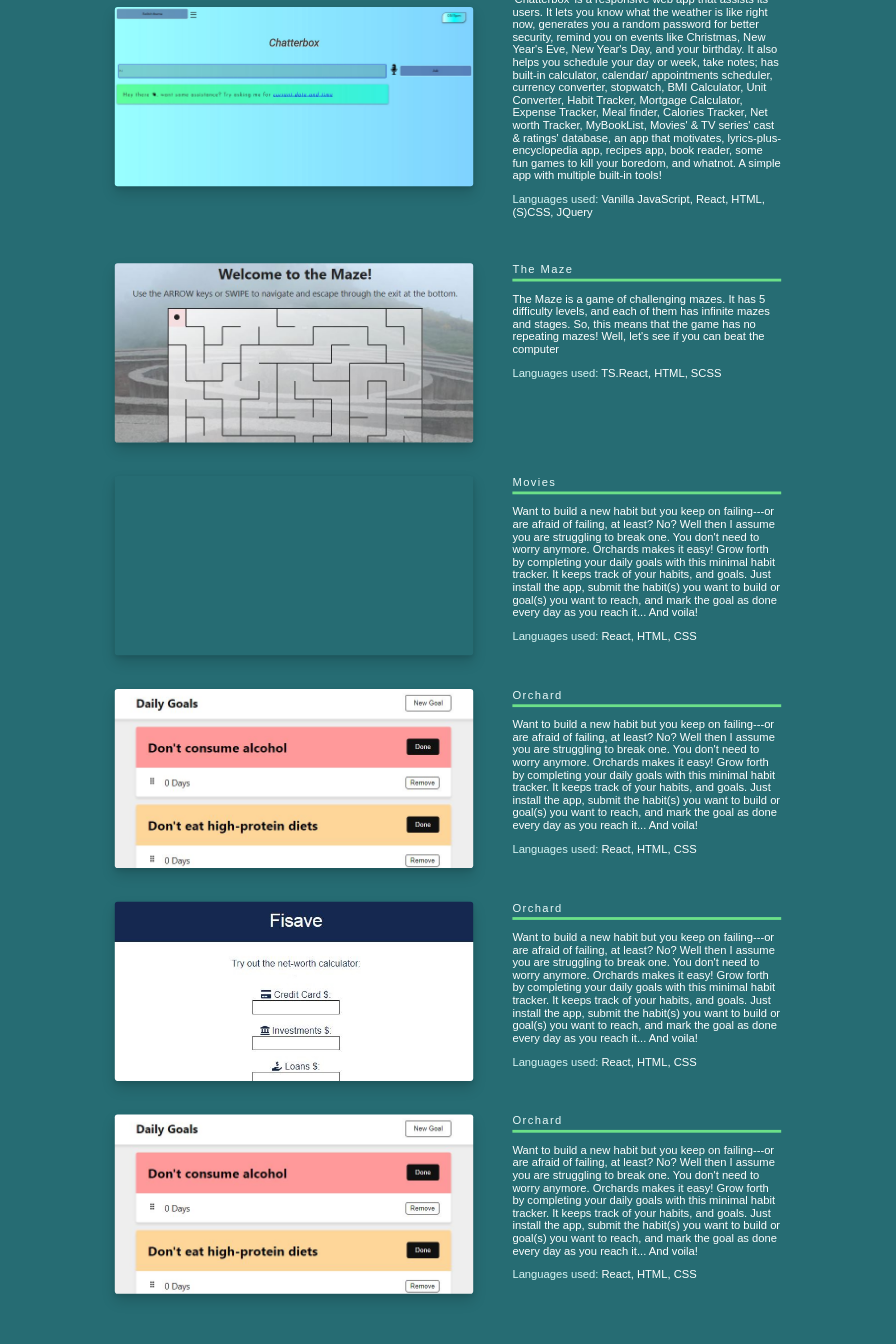
Repository: Abbaskhurram255/port
Page: /
An editor plug-in stored every save of this project. The page is shown before and after the next save, followed by the edit.
The browser window is 1280 px wide. The pictures show the part of the page from y = 1023 to 2943 px (the page is 3998 px tall), at 70% of full size.
The page's requests for data from a server got no answer. Some web fonts or font styles are not loaded; a fallback is used. Some web libraries are served in a nearby version. The project was rebuilt for these pictures with package versions that can differ from the ones it lists, and the page was loaded fresh each time. No one was signed in, and anything a server would have sent is missing.

Above is the page before, as saved 2021-01-11 15:36:22.

### public/index.html
<!DOCTYPE html>
<html lang="en">
  <head>
    <meta charset="utf-8" />
    <meta
      name="viewport"
      content="width=device-width, initial-scale=1, shrink-to-fit=no"
    />
    <meta name="theme-color" content="#000000" />
    <meta property="og:title" content="Alex' Portfolio" />
    <meta
      property="og:description"
      content="A portfolio of web applications by Alex/ Khurram"
    />
    <meta property="og:url" content="https://www.abbaskhurram255.github.io/" />
    <meta property="og:image" content="/images/portfolio-home.jpg" />
    <title>Alex' Portfolio</title>
    <link
      href="https://fonts.googleapis.com/css?family=Muli:300,400,600,700"
      rel="stylesheet"
    />
    <link
      rel="stylesheet"
      href="https://use.fontawesome.com/releases/v5.4.2/css/all.css"
      integrity="sha384-/rXc/GQVaYpyDdyxK+ecHPVYJSN9bmVFBvjA/9eOB+pb3F2w2N6fc5qB9Ew5yIns"
      crossorigin="anonymous"
    />
  </head>

  <body>
    <noscript>You need to enable JavaScript to run this app.</noscript>
    <div id="root"></div>
  </body>
</html>

### src/index.tsx
import React from "react";
import ReactDOM from "react-dom";
import App from "./App";
import * as serviceWorker from "./serviceWorker";
import "./styles/styles.scss";

ReactDOM.render(<App />, document.getElementById("root"));

// If you want your app to work offline and load faster, you can change
// unregister() to register() below. Note this comes with some pitfalls.
// Learn more about service workers: http://bit.ly/CRA-PWA
serviceWorker.unregister();

### src/App.tsx
import * as React from "react";
import Contact from "./components/Contact";
import Home from "./components/Home";
import Navbar from "./components/Navbar";
import RecentWork from "./components/RecentWork";
import Skills from "./components/Skills";

class App extends React.Component {
  public render() {
    return (
      <div>
        <Navbar />
        <Home />
        <RecentWork />
        <Skills />
        <Contact />
      </div>
    );
  }
}

export default App;

### src/styles/styles.scss
@import "./base/settings";
@import "./base/base";
@import "./components/navbar";
@import "./components/home";
@import "./components/images";
@import "./components/recent-works";
@import "./components/projects";
@import "./components/project";
@import "./components/skills";
@import "./components/skill";
@import "./components/contact";
@import "./components/social";
@import "./components/section-title";

### src/components/Contact.tsx
import * as React from "react";
import utils from "../utils/constants";
import Social from "./Social";
import Title from "./Title";

const { GITHUB_URL, TWITTER_URL } = utils.social;
const { EMAIL } = utils.contact;

const Contact = () => {
  return (
    <div id="contact" className="contact">
      <Title title="Get in Touch" parentComponent="contact" />
      <div className="contact__social-links">
        <p className="contact__brackets">{"{"}</p>
        <Social socialIcon="fab fa-github" socialUrl={GITHUB_URL} />
        <Social socialIcon="fab fa-twitter" socialUrl={TWITTER_URL} />
        <Social socialIcon="fas fa-envelope" socialUrl={`mailto:${EMAIL}`} />
        <p className="contact__brackets">{"}"}</p>
      </div>
    </div>
  );
};

export default Contact;

### src/components/Home.tsx
import * as React from "react";
import Image from "./Image";
import Text from "./Text";
import Title from "./Title";

const Home = () => {
  return (
    <div className="home">
      <div className="home__text-container">
        <Title
          title="<Alex Puth (aka Khurram) />"
          parentComponent="home"
          subTitle="Front-End Developer"
        />
        <Text parentComponent="home" mobile="" />
      </div>
      <Image
        src="/images/headshot.jpg"
        alt="Headshot of Alex Puth"
        parentComponent="home"
      />
      <Text parentComponent="home" mobile="--mobile" />
    </div>
  );
};

export default Home;

### src/components/Navbar.tsx
import * as React from "react";

interface INavbarState {
  linkClass: string;
  isToggled: boolean;
}

class Navbar extends React.Component {
  public state = {
    isToggled: true,
    linkClass: "navbar__link"
  };

  public toggleNav = () => {
    const { isToggled } = this.state;
    this.setState({ isToggled: !isToggled });
    isToggled
      ? this.setState({ linkClass: "navbar__link--show" })
      : this.setState({ linkClass: "navbar__link" });
  };

  public render() {
    return (
      <div className="navbar">
        <a className="navbar__brand" href="#">
          <p className="navbar__brand-text">AP</p>
        </a>
        <i onClick={this.toggleNav} className="fas fa-bars navbar__hamburger" />
        <div className="navbar__link-box">
          <a className={this.state.linkClass} href="#">
            <p className="navbar__link-text">Home</p>
          </a>

          <a className={this.state.linkClass} href="#recent-works">
            <p className="navbar__link-text">Recent Work</p>
          </a>

          <a className={this.state.linkClass} href="#skills">
            <p className="navbar__link-text">Skills</p>
          </a>

          <a className={this.state.linkClass} href="#contact">
            <p className="navbar__link-text">Contact</p>
          </a>
        </div>
      </div>
    );
  }
}
export default Navbar;

### src/components/RecentWork.tsx
import * as React from "react";
import Projects from "./Projects";
import Title from "./Title";

const RecentWork = () => {
  return (
    <div id="recent-works" className="recent-works">
      <Title title="Recent Work" parentComponent="recent-works" />
      <Projects />
    </div>
  );
};

export default RecentWork;

### src/components/Skills.tsx
import * as React from "react";
import Skill from "./Skill";
import Title from "./Title";

const Skills = () => {
  const technicalSkills: string[] = [
    "JavaScript",
    "React",
    "HTML",
    "CSS",
    "SCSS",
    "Git"
  ];

  return (
    <div id="skills" className="skills">
      <Title title={"Skills"} parentComponent="skills" />
      <div className="skills__set-box">
        <Skill title="My skills" skills={technicalSkills} />
      </div>
    </div>
  );
};

export default Skills;

### src/styles/base/_base.scss
html {
  font-size: 62.5%;
  scroll-behavior: smooth;
}

body {
  margin: 0;
  background-color: $white;
}

button {
  cursor: pointer;
}

button:disabled {
  cursor: default;
}

### src/styles/components/images.scss
.home-image-box {
  background: $gradient-1;
  border-radius: $radius-2;
  box-shadow: $shadow-2;
  padding: $size-3;
  @media (min-width: $breakpoint-2) {
    display: block;
    padding: $size-7;
  }
}

.home-image {
  border-radius: $radius-2;
  box-shadow: $shadow-3;
  margin: 0;
  width: 100%;
  @media (min-width: $breakpoint-2) {
    margin-right: -$size-10;
    height: $size-13;
    width: $size-13;
  }
}

### src/styles/components/_recent-works.scss
.recent-works {
  align-items: center;
  background: $primary-7;
  border-top: $size-1 solid $primary-5;
  display: flex;
  flex-direction: column;
  padding-bottom: $size-2;
  @media (min-width: $breakpoint-1) {
    padding-left: 22%;
    padding-right: 22%;
  }
  @media (min-width: $breakpoint-2) {
    padding: 0;
    padding-bottom: $size-8;
  }
}

.recent-works__title-box {
  background: $white;
  border: $size-1 solid $primary-5;
  border-radius: $size-2;
  display: flex;
  flex-direction: column;
  justify-content: center;
  margin-top: -$size-5;
  padding: $size-2;
  @media (min-width: $breakpoint-2) {
    align-self: flex-start;
    margin-left: $size-7;
    margin-top: -$size-6;
    padding: $size-2 $size-6;
  }
}

.recent-works__title {
  color: $primary-7;
  font-family: $header;
  font-size: $size-4;
  font-weight: 400;
  letter-spacing: 0.3rem;
  margin: 0;
  padding: 0;
  @media (min-width: $breakpoint-2) {
    font-size: $size-6;
  }
}

### src/styles/components/_projects.scss
.projects {
  display: flex;
  flex-direction: column;
  justify-content: space-between;
  margin: $size-4 $size-7;
  width: 100%;
  @media (min-width: $breakpoint-2) {
    margin: $size-7;
    width: 100rem;
  }
}

### src/styles/components/_skills.scss
.skills {
  align-items: center;
  border-top: $size-1 solid $primary-5;
  display: flex;
  flex-direction: column;
  padding-bottom: $size-8;
  @media (min-width: $breakpoint-1) {
    padding-left: 20%;
    padding-right: 20%;
  }
  @media (min-width: $breakpoint-2) {
    padding: 0;
    padding-bottom: $size-8;
  }
}

.skills__title-box {
  background: $white;
  border: $size-1 solid $primary-5;
  border-radius: $size-2;
  display: flex;
  flex-direction: column;
  justify-content: center;
  margin-top: -$size-5;
  padding: $size-2;
  @media (min-width: $breakpoint-2) {
    align-self: flex-start;
    margin-left: $size-7;
    margin-top: -$size-6;
    padding: $size-2 $size-6;
  }
}

.skills__title {
  color: $primary-7;
  font-family: $header;
  font-size: $size-4;
  font-weight: 400;
  letter-spacing: 0.3rem;
  margin: 0;
  padding: 0;
  @media (min-width: $breakpoint-2) {
    font-size: $size-6;
  }
}

.skills__set-box {
  display: flex;
  flex-direction: column;
  justify-content: space-around;
  margin: 0;
  width: 100%;
  @media (min-width: $breakpoint-2) {
    flex-direction: row;
    margin: $size-9 $size-7;
    width: 100rem;
  }
}

### src/styles/components/_skill.scss
.skill {
  align-items: center;
  border: 1px solid $gray-3;
  border-radius: $radius-2;
  display: flex;
  flex-direction: column;
  margin: $size-4 auto;
  padding: $size-5;
  width: 80%;
  @media (min-width: $breakpoint-2) {
    margin: $size-4;
    padding: $size-5;
    width: $size-14;
  }
}

.skill__title-box {
  border-bottom: $size-1 solid $secondary-3;
  display: flex;
  justify-content: center;
  padding: 0;
  width: 100%;
  @media (min-width: $breakpoint-2) {
    width: $size-12;
  }
}

.skill__title {
  color: $primary-7;
  font-family: $text;
  font-size: $size-4;
  @media (min-width: $breakpoint-2) {
    font-size: $size-5;
  }
}

.skill__box {
  padding-top: $size-5;
  width: 100%;
}

.skill__name {
  color: $gray-7;
  font-family: $text;
  font-size: $size-4;
  text-align: center;
}

### src/styles/components/_contact.scss
.contact {
  align-items: center;
  border-top: $size-1 solid $primary-5;
  display: flex;
  flex-direction: column;
  background: #266c73;
}

.contact__title-box {
  background: $white;
  border: $size-1 solid $primary-5;
  border-radius: $size-2;
  display: flex;
  flex-direction: column;
  justify-content: center;
  margin-top: -$size-5;
  padding: $size-2 $size-6;
  @media (min-width: $breakpoint-2) {
    align-self: flex-start;
    margin-left: $size-7;
    margin-top: -$size-6;
  }
}

.contact__title {
  color: $primary-7;
  font-family: $header;
  font-size: $size-4;
  font-weight: 400;
  letter-spacing: 0.3rem;
  margin: 0;
  padding: 0;
  @media (min-width: $breakpoint-2) {
    font-size: $size-6;
  }
}

.contact__social-links {
  display: flex;
  color: rgb(48, 25, 25);
  margin: $size-8 0 $size-9 0;
}

.contact__brackets {
  color: $secondary-3;
  font-family: $text;
  font-size: $size-8;
  font-weight: 300;
  line-height: 0.5;
  margin: 0 $size-4;
  padding: 0;
  @media (min-width: $breakpoint-2) {
    display: block;
    font-size: $size-10;
  }
}

.fas:not(.navbar__hamburger), .fab {
  color: whitesmoke;
}

### src/styles/components/_social.scss
.social {
  color: $primary-5;
  font-size: $size-5;
  margin: $size-3;
  outline: none;
  transition-property: color, transform;
  transition-duration: 0.1s;
  transition-timing-function: ease;
  @media (min-width: $breakpoint-2) {
    font-size: $size-7;
    margin: $size-5;
  }
}

.social:hover,
.social:focus {
  color: $primary-6;
  transform: scale(1.2);
}

### src/styles/components/_section-title.scss
.section-title__box {
  align-self: flex-start;
  background: $white;
  border: $size-1 solid $primary-8;
  border-radius: $size-2;
  display: flex;
  flex-direction: column;
  justify-content: center;
  margin: -$size-6 0 0 $size-7;
  padding: $size-2 $size-6;
}

.section-title {
  color: $primary-7;
  font-family: $header;
  font-size: $size-6;
  font-weight: 400;
  letter-spacing: 0.3rem;
  margin: 0;
  padding: 0;
}

### src/utils/constants.ts
export default {
  contact: {
    EMAIL: process.env.REACT_APP_EMAIL || "abbaskhuram255@gmail.com"
  },
  social: {
    GITHUB_URL:
      process.env.REACT_APP_GITHUB_URL || "https://github.com/abbaskhurram255",
    TWITTER_URL:
      process.env.REACT_APP_TWITTER_URL || "https://twitter.com/alexputh255",
  }
};

### src/components/Social.tsx
import * as React from "react";

interface ISocialProps {
  socialIcon: string;
  socialUrl: string;
}

const Social = (props: ISocialProps) => {
  const { socialIcon, socialUrl } = props;
  return (
    <a
      href={socialUrl}
      rel="noopener noreferrer"
      className="social"
      target="_blank"
    >
      <i className={socialIcon} />
    </a>
  );
};

export default Social;

### src/components/Title.tsx
import * as React from "react";

interface ITitleProps {
  title: string;
  parentComponent: string;
  subTitle?: string;
}

const Title = (props: ITitleProps) => {
  const { title, subTitle, parentComponent: component } = props;
  return (
    <div className={`${component}__title-box`}>
      <h1 className={`${component}__title`}>{title}</h1>
      {subTitle && <h2 className={`${component}__subtitle`}>{subTitle}</h2>}
    </div>
  );
};

export default Title;

### src/components/Image.tsx
import * as React from "react";

interface IImageProps {
  src: string;
  alt: string;
  parentComponent: string;
}

const Image = (props: IImageProps) => {
  const { src, alt, parentComponent: component } = props;
  return (
    <div className={`${component}-image-box`}>
      <img src={`/Portfolio${src}`} alt={alt} className={`${component}-image`} />
    </div>
  );
};

export default Image;

### src/components/Text.tsx
import * as React from "react";

interface ITextProps {
  parentComponent: string;
  mobile: string;
}

const Text = (props: ITextProps) => {
  const { parentComponent: component, mobile } = props;
  return (
    <div className={`${component}__text-box${mobile}`}>
      <p className={`${component}__text`}>
        Hi, my name is Alex, and I'm a frontend developer. I love using
        functional programming concepts in JavaScript and building web
        applications with it. I'm a coding enthusiast. I've been creating web
        applications since I was 13 - I'm 19 now. It's been my hobby
        since I was a kid, the programming. {" "}
      </p>
      <p className={`${component}__text`}>I'm currently
        trying to get familiar with Vue, and Angular.</p>
    </div>
  );
};

export default Text;

### src/components/Projects.tsx
import * as React from "react";
import { projects } from "../utils/data";
import Project from "./Project";

const Projects = () => (
  <div className="projects">
    {projects.map(project => (
      <Project
        project={project.name}
        projectDescription={project.description}
        projectSourceCode={project.sourceCode}
        projectTools={project.tools}
        projectUrl={project.url}
        image={project.image}
        androidVLink={project.androidVLink}
        key={project.name}
      />
    ))}
  </div>
);

export default Projects;

### src/components/Skill.tsx
import * as React from "react";

interface ISkillProps {
  skills: string[];
  title: string;
}

const DeveloperSkills = (props: ISkillProps) => {
  const { skills, title } = props;
  return (
    <div className="skill">
      <div className="skill__title-box">
        <h3 className="skill__title">{title}</h3>
      </div>
      <div className="skill__box">
        {skills.map((skill: string) => (
          <p className="skill__name" key={skill}>
            {skill}
          </p>
        ))}
      </div>
    </div>
  );
};

export default DeveloperSkills;

### src/utils/data.ts

interface IProject {
  description: string;
  image: string;
  name: string;
  androidVLink: string;
  sourceCode: string;
  tools: string;
  url: string;
}

export const projects: IProject[] = [
  {
    description:
      "'Chatterbox' is a responsive web app that assists its users. It lets you know what the weather is like right now, generates you a random password for better security, remind you on events like Christmas, New Year's Eve, New Year's Day, and your birthday. It also helps you schedule your day or week, take notes; has built-in calculator, calendar/ appointments scheduler, currency converter, stopwatch, BMI Calculator, Unit Converter, Habit Tracker, Mortgage Calculator, Expense Tracker, Meal finder, Calories Tracker, Net worth Tracker, MyBookList, Movies' & TV series' cast & ratings' database, an app that motivates, lyrics-plus-encyclopedia app, recipes app, book reader, some fun games to kill your boredom, and whatnot. A simple app with multiple built-in tools!",
    image: "chatterbox",
    name: "Chatterbox",
    androidVLink: "about:blank",
    sourceCode: "https://github.com/Abbaskhurram255/Chatterbox/",
    tools: "Vanilla JavaScript, React, HTML, (S)CSS, JQuery",
    url: "https://abbaskhurram255.github.io/Chatterbox/getting-started"
  },
  {
    description:
      "The Maze is a game of challenging mazes. It has 5 difficulty levels, and each of them has infinite mazes and stages. So, this means that the game has no repeating mazes! Well, let's see if you can beat the computer",
    image: "maze",
    name: "The Maze",
    androidVLink: "https://github.com/Abbaskhurram255/maze/blob/main/public/android/the-maze.apk?raw=true",
    sourceCode: "https://github.com/Abbaskhurram255/maze/",
    tools: "TS.React, HTML, SCSS",
    url: "https://alexs-maze-game.netlify.app"
  },
  {
    description:
      "Want to build a new habit but you keep on failing---or are afraid of failing, at least? No? Well then I assume you are struggling to break one. You don't need to worry anymore. Orchards makes it easy! Grow forth by completing your daily goals with this minimal habit tracker. It keeps track of your habits, and goals. Just install the app, submit the habit(s) you want to build or goal(s) you want to reach, and mark the goal as done every day as you reach it... And voila!",
    image: "Movies",
    name: "Movies",
    androidVLink: "https://github.com/Abbaskhurram255/habit-builder/blob/main/build/android/orchard.apk?raw=true",
    sourceCode: "https://github.com/Abbaskhurram255/habit-builder",
    tools: "React, HTML, CSS",
    url: "https://abbaskhurram255.github.io/habit-builder"
  },
  {
    description:
      "Want to build a new habit but you keep on failing---or are afraid of failing, at least? No? Well then I assume you are struggling to break one. You don't need to worry anymore. Orchards makes it easy! Grow forth by completing your daily goals with this minimal habit tracker. It keeps track of your habits, and goals. Just install the app, submit the habit(s) you want to build or goal(s) you want to reach, and mark the goal as done every day as you reach it... And voila!",
    image: "orchard",
    name: "Orchard",
    androidVLink: "https://github.com/Abbaskhurram255/habit-builder/blob/main/build/android/orchard.apk?raw=true",
    sourceCode: "https://github.com/Abbaskhurram255/habit-builder",
    tools: "React, HTML, CSS",
    url: "https://abbaskhurram255.github.io/habit-builder"
  },
  {
    description:
      "Want to build a new habit but you keep on failing---or are afraid of failing, at least? No? Well then I assume you are struggling to break one. You don't need to worry anymore. Orchards makes it easy! Grow forth by completing your daily goals with this minimal habit tracker. It keeps track of your habits, and goals. Just install the app, submit the habit(s) you want to build or goal(s) you want to reach, and mark the goal as done every day as you reach it... And voila!",
    image: "fisave",
    name: "Orchard",
    androidVLink: "https://github.com/Abbaskhurram255/habit-builder/blob/main/build/android/orchard.apk?raw=true",
    sourceCode: "https://github.com/Abbaskhurram255/habit-builder",
    tools: "React, HTML, CSS",
    url: "https://abbaskhurram255.github.io/habit-builder"
  },
  {
    description:
      "Want to build a new habit but you keep on failing---or are afraid of failing, at least? No? Well then I assume you are struggling to break one. You don't need to worry anymore. Orchards makes it easy! Grow forth by completing your daily goals with this minimal habit tracker. It keeps track of your habits, and goals. Just install the app, submit the habit(s) you want to build or goal(s) you want to reach, and mark the goal as done every day as you reach it... And voila!",
    image: "orchard",
    name: "Orchard",
    androidVLink: "https://github.com/Abbaskhurram255/habit-builder/blob/main/build/android/orchard.apk?raw=true",
    sourceCode: "https://github.com/Abbaskhurram255/habit-builder",
    tools: "React, HTML, CSS",
    url: "https://abbaskhurram255.github.io/habit-builder"
  }
];

Loaded but not shown: src/serviceWorker.ts (common file); src/styles/components/_project.scss (160 lines, source omitted); src/styles/base/_settings.scss (89 lines, source omitted); src/styles/components/_navbar.scss (137 lines, source omitted); src/components/Project.tsx (95 lines, source omitted); src/styles/components/_home.scss (114 lines, source omitted)

After the next save:
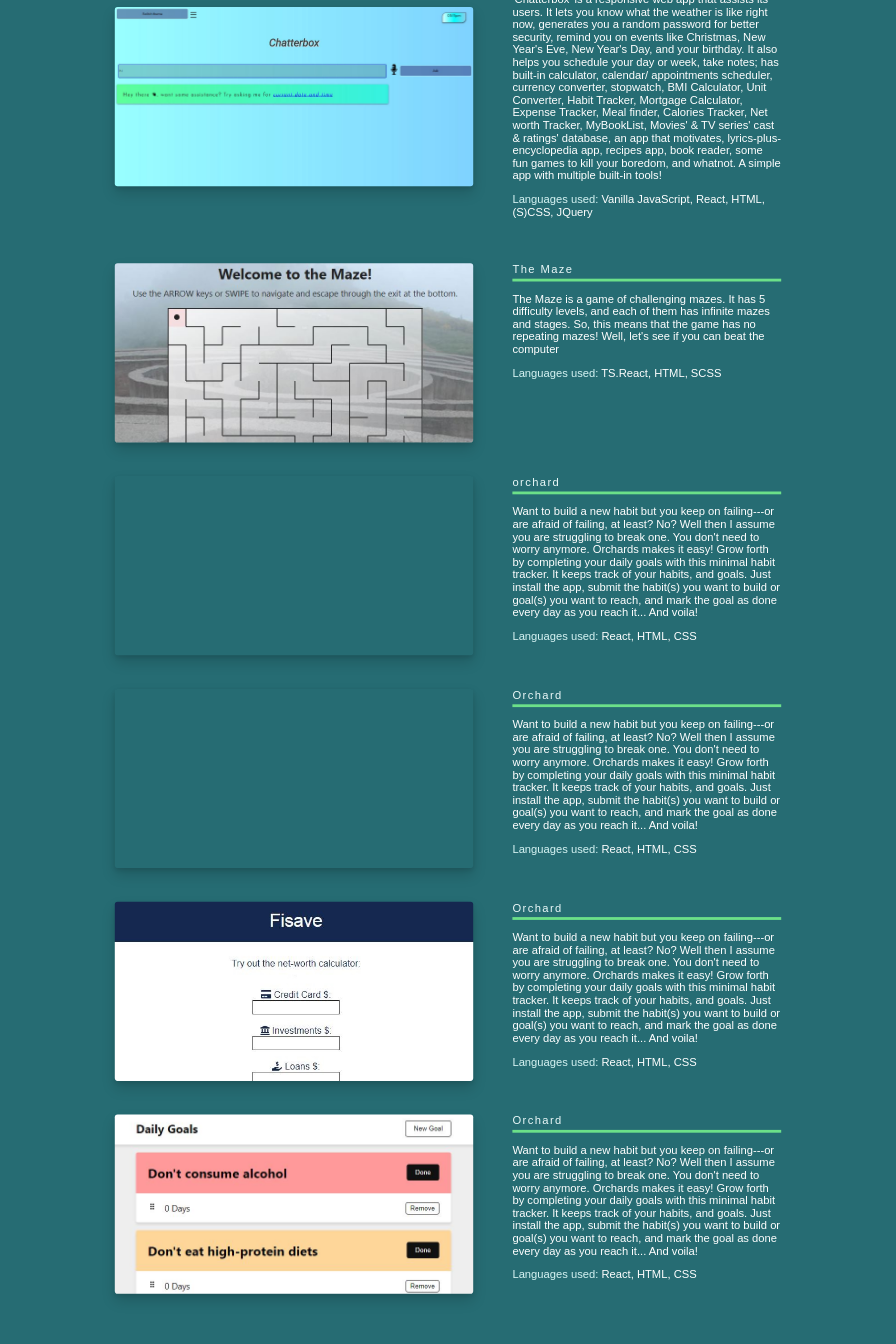
Saved 29 s later.
--- a/src/utils/data.ts
+++ b/src/utils/data.ts
@@ -33,8 +33,8 @@
   {
     description:
       "Want to build a new habit but you keep on failing---or are afraid of failing, at least? No? Well then I assume you are struggling to break one. You don't need to worry anymore. Orchards makes it easy! Grow forth by completing your daily goals with this minimal habit tracker. It keeps track of your habits, and goals. Just install the app, submit the habit(s) you want to build or goal(s) you want to reach, and mark the goal as done every day as you reach it... And voila!",
-    image: "Movies",
-    name: "Movies",
+    image: "Orchard",
+    name: "orchard",
     androidVLink: "https://github.com/Abbaskhurram255/habit-builder/blob/main/build/android/orchard.apk?raw=true",
     sourceCode: "https://github.com/Abbaskhurram255/habit-builder",
     tools: "React, HTML, CSS",
@@ -43,7 +43,7 @@
   {
     description:
       "Want to build a new habit but you keep on failing---or are afraid of failing, at least? No? Well then I assume you are struggling to break one. You don't need to worry anymore. Orchards makes it easy! Grow forth by completing your daily goals with this minimal habit tracker. It keeps track of your habits, and goals. Just install the app, submit the habit(s) you want to build or goal(s) you want to reach, and mark the goal as done every day as you reach it... And voila!",
-    image: "orchard",
+    image: "Movies",
     name: "Orchard",
     androidVLink: "https://github.com/Abbaskhurram255/habit-builder/blob/main/build/android/orchard.apk?raw=true",
     sourceCode: "https://github.com/Abbaskhurram255/habit-builder",
